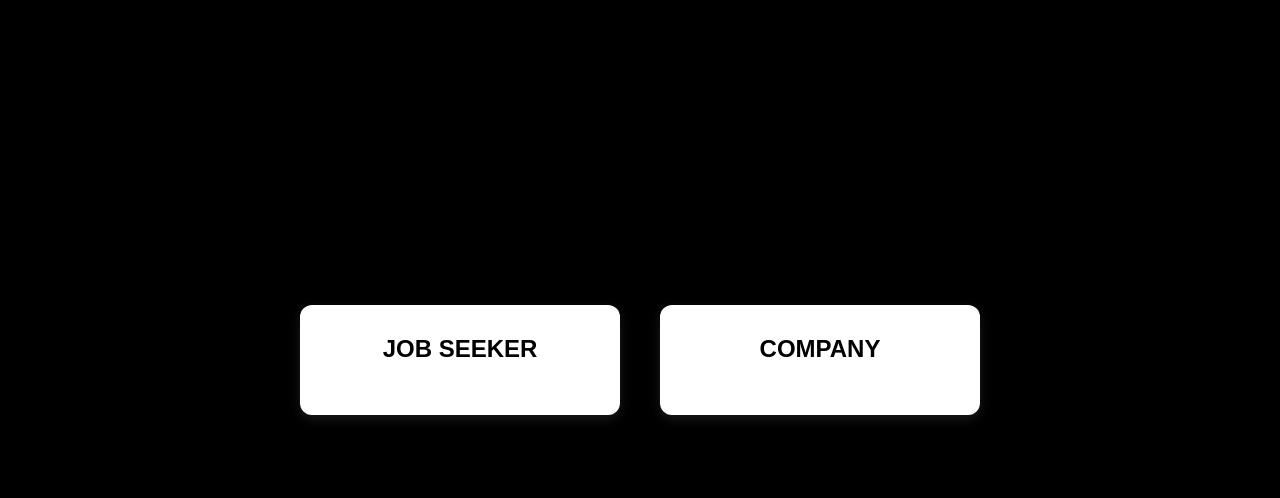
Repository: parthsabhani/Job_Portal_JSP_Servlet
Page: http://localhost/Job_Portal/home.jsp
An editor plug-in stored every save of this project. The page is shown before and after the next save, followed by the edit.
The browser window is 1280 px wide. The pictures show the whole page.
The page is served by Tomcat 10. Other server files are loaded and not shown.

Above is the page before, as saved 2025-04-22 05:51:00.

### Job_Portal/src/main/webapp/home.jsp
<%@ page language="java" contentType="text/html; charset=UTF-8"
    pageEncoding="UTF-8"%>
<!DOCTYPE html>
<html lang="en">
<head>
  <meta charset="UTF-8" />
  <meta name="viewport" content="width=device-width, initial-scale=1.0"/>
  <title>Reveal on Hover</title>
  <style>
    body {
      margin: 0;
      height: 100vh;
      background-color: #000;
      display: flex;
      justify-content: center;
      align-items: center;
      font-family: Arial, sans-serif;
    }

    .card-container {
      display: flex;
      gap: 40px;
    }

    .card {
      background-color: #fff;
      color: black;
      padding: 30px 50px;
      border-radius: 12px;
      box-shadow: 0 4px 12px rgba(255, 255, 255, 0.1);
      text-align: center;
      font-size: 24px;
      transition: transform 0.3s ease, box-shadow 0.3s ease;
      cursor: pointer;
      display: flex;
      flex-direction: column;
      align-items: center;
      justify-content: flex-start;
      height: 50px;
      width: 220px;
      overflow: hidden;
      position: relative;
    }

    .card:hover {
      transform: translateY(-5px);
      box-shadow: 0 6px 18px rgba(255, 255, 255, 0.2);
    }

    .card-title {
      font-weight: bold;
      margin-bottom: 20px;
      transition: margin-bottom 0.3s ease;
    }

    .card-buttons {
      opacity: 0;
      transform: translateY(20px);
      transition: opacity 0.3s ease, transform 0.3s ease;
      display: flex;
      flex-direction: column;
      gap: 10px;
    }

    .card:hover .card-buttons {
      opacity: 1;
      transform: translateY(0);
    }

    .card button {
      width: 140px;
      padding: 10px 0;
      font-size: 14px;
      border: none;
      border-radius: 6px;
      background-color: #000;
      color: white;
      transition: background-color 0.3s ease;
      box-sizing: border-box;
    }

    .card button:hover {
      background-color: #333;
    }
  </style>
</head>
<body>
  <div class="card-container">
    <div class="card">
      <div class="card-title">JOB SEEKER</div>
      <div class="card-buttons">
        <button onclick="location.href='jobSeekerRegister.jsp'">Registration</button>
        <button onclick="location.href='jobSeekerLogin.jsp'">Login</button>
      </div>
    </div>

    <div class="card">
      <div class="card-title">COMPANY</div>
      <div class="card-buttons">
        <button onclick="location.href='companyRegister.jsp'">Registration</button>
        <button onclick="location.href='companyLogin.jsp'">Login</button>
      </div>
    </div>
  </div>
</body>
</html>

After the next save:
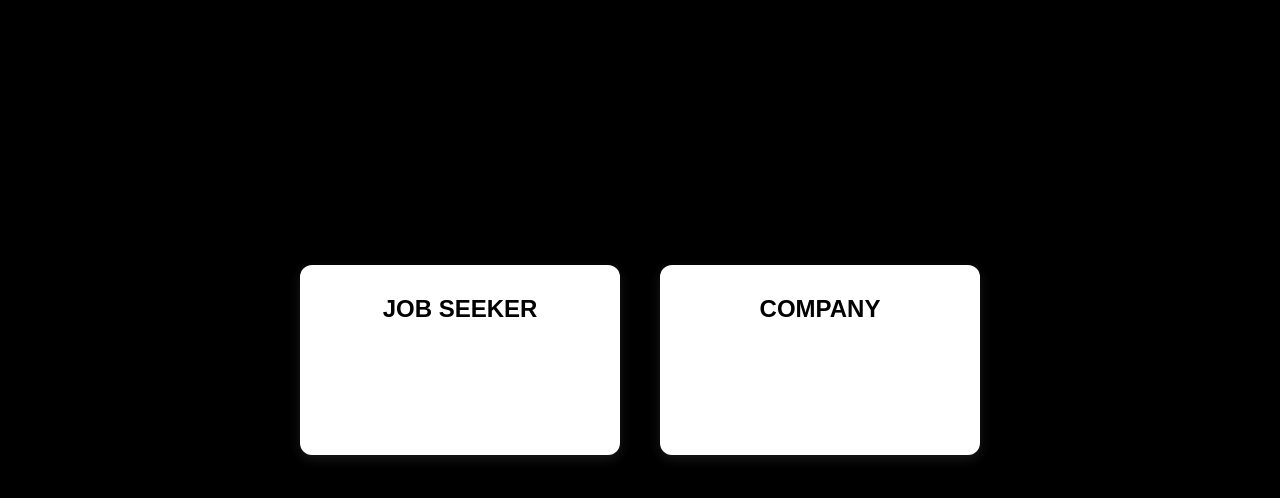
Saved 18 s later.
--- a/Job_Portal/src/main/webapp/home.jsp
+++ b/Job_Portal/src/main/webapp/home.jsp
@@ -36,7 +36,7 @@
       flex-direction: column;
       align-items: center;
       justify-content: flex-start;
-      height: 50px;
+      height: -50px;
       width: 220px;
       overflow: hidden;
       position: relative;

After the save that followed:
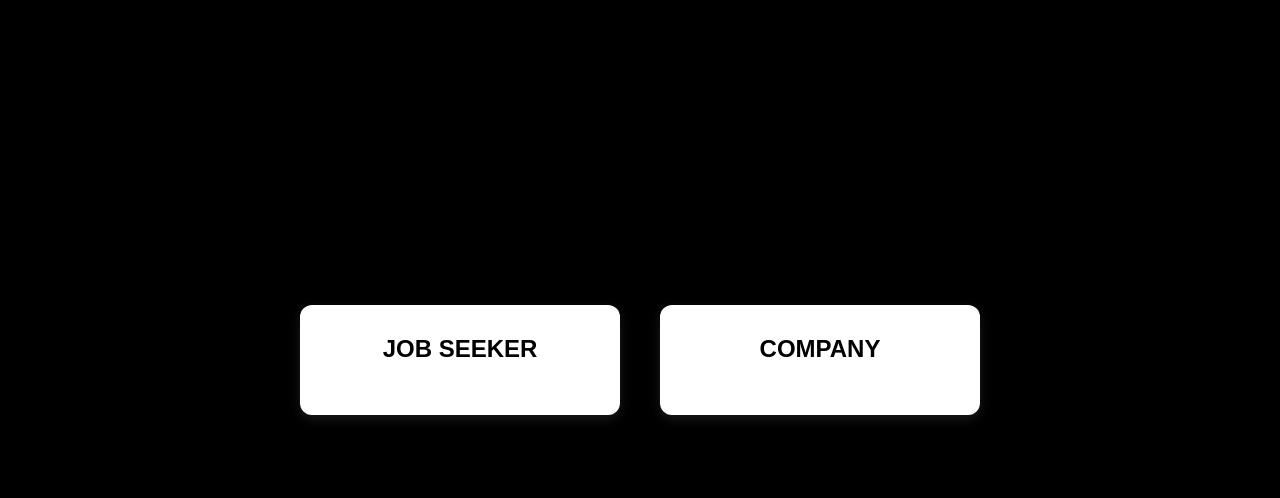
Saved 6 s later.
--- a/Job_Portal/src/main/webapp/home.jsp
+++ b/Job_Portal/src/main/webapp/home.jsp
@@ -36,7 +36,7 @@
       flex-direction: column;
       align-items: center;
       justify-content: flex-start;
-      height: -50px;
+      height: 50px;
       width: 220px;
       overflow: hidden;
       position: relative;
